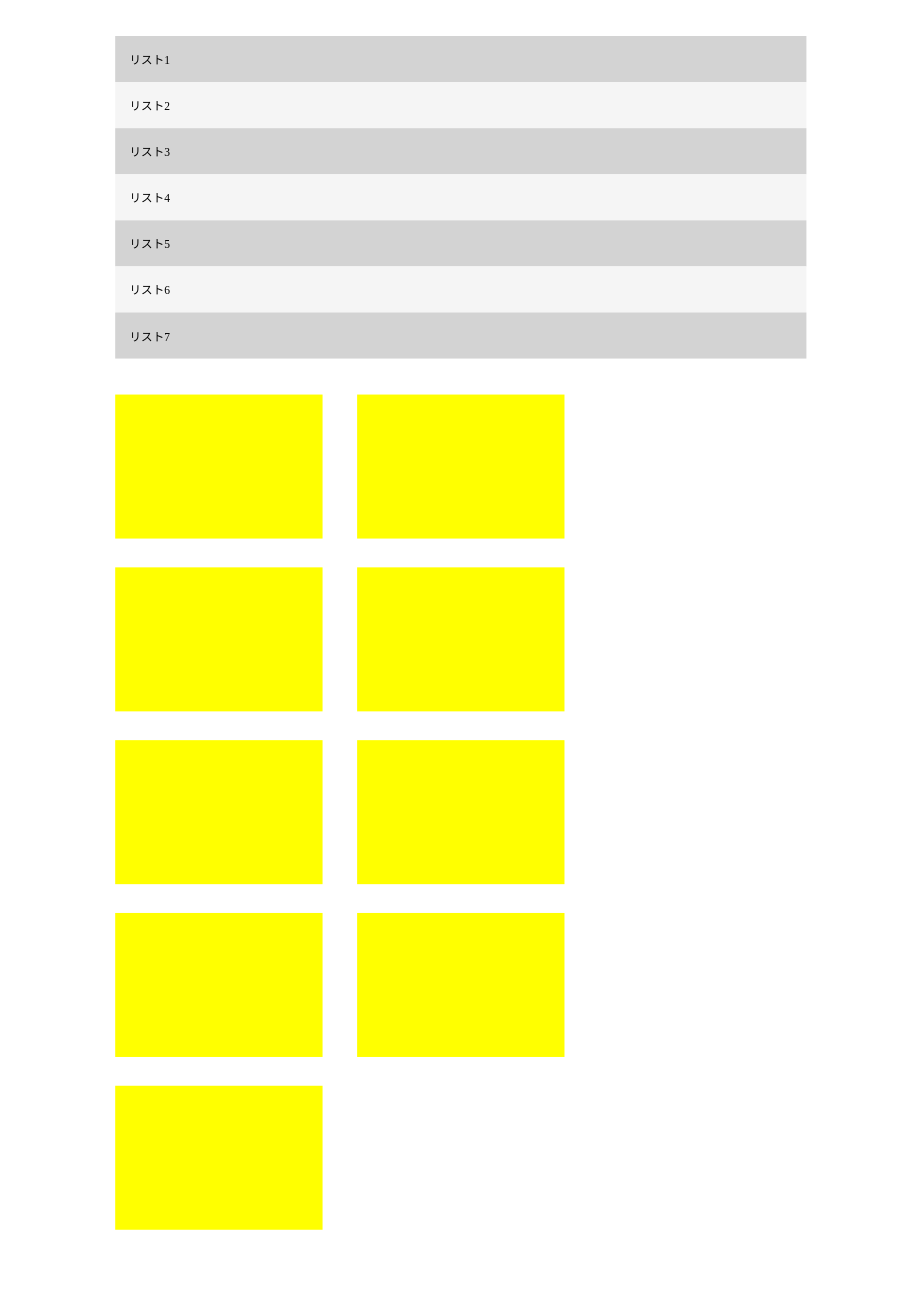
Repository: t-sato-infratop/environment
Page: chapter8_exercise/chapter8_exercise.html
The author's editor kept a record of every edit. The page is drawn from the files as they stood at one moment, then again after the next edit.
The browser window is 1280 px wide. The pictures show the whole page, at 72% of full size.

Above is the page before.

After the next edit:
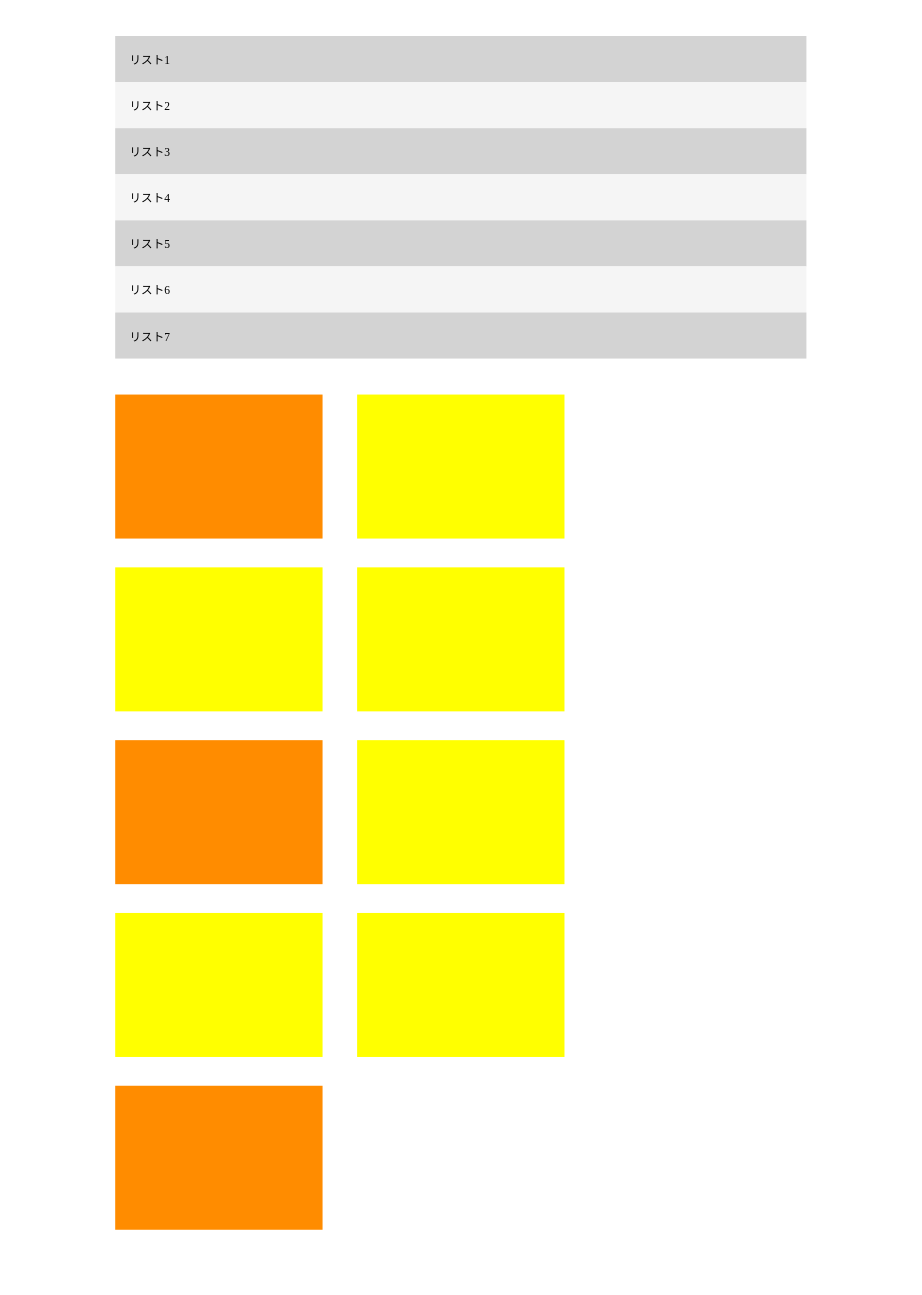
The edit:
--- a/chapter8_exercise/chapter8_exercise.css
+++ b/chapter8_exercise/chapter8_exercise.css
@@ -38,3 +38,17 @@ main {
   margin-bottom: 40px;
   background-color :yellow;
 }
+
+.main-box-category:first-child,
+.main-box-category:nth-child(5),
+.main-box-category:last-child {
+  background-color: #ff8c00;
+}
+
+.box:nth-child(3n) {
+  margin-right: 0;
+}
+
+.box:nth-last-child(-n + 3) {
+  margin-bottom: 0;
+}
